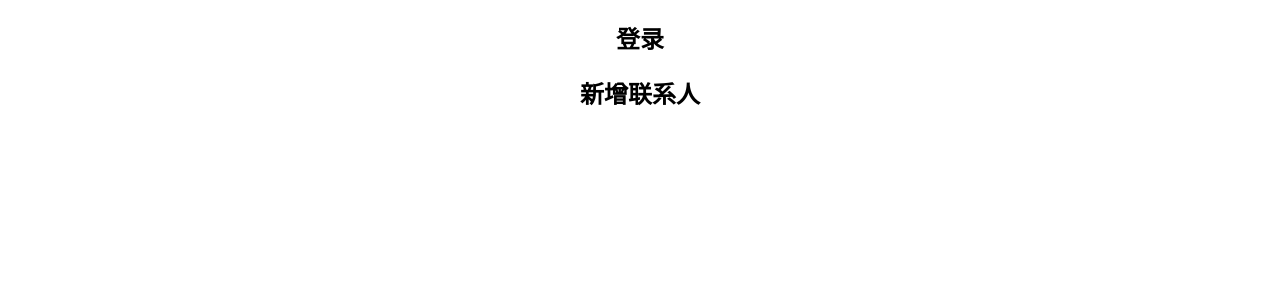
Repository: liujianbo2017/zuoye
Page: http://localhost/demo/
The author's editor kept a copy of each file at every save. The page is drawn from the files as they stood at one save, then again after the next save.
The browser window is 1280 px wide. The pictures show the whole page.
The page is served by Tomcat 9.

Above is the page before, as saved 2017-10-08 08:36:59.

After the next save:
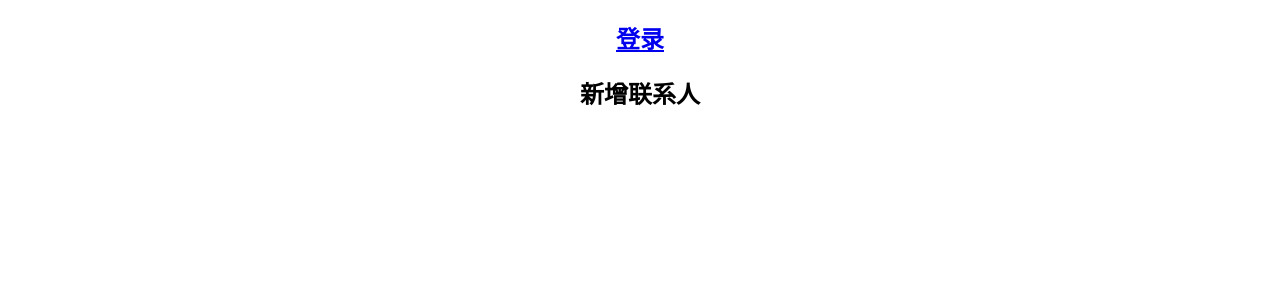
Saved 102 s later.
--- a/demo/WebContent/index.jsp
+++ b/demo/WebContent/index.jsp
@@ -9,7 +9,7 @@
 <body>
 	<center>
 			<h2>
-				登录
+				<a href="/login">登录</a>
 			</h2>
 			<h2>
 				新增联系人
